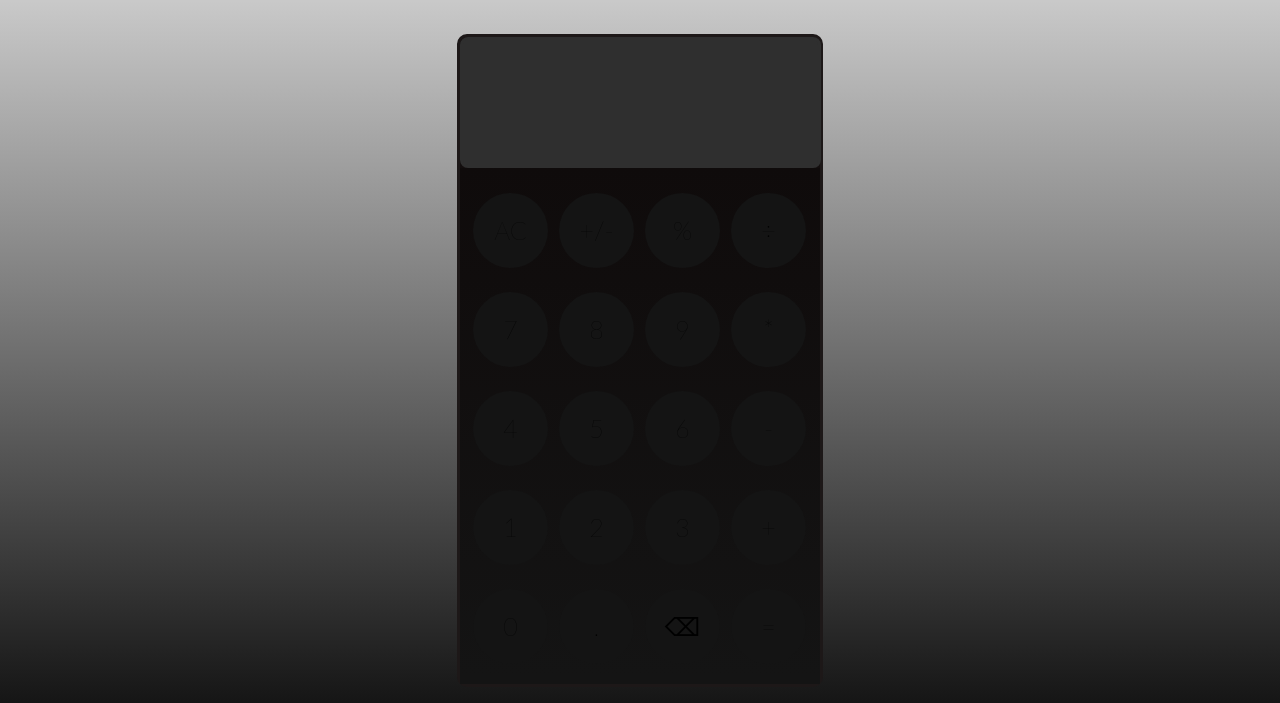
Repository: MhlengiNgubane/BrainnestJsTwo
Page: index.html
These files come from the project's save history. The page is drawn as it stood at one moment and after the next save; the edit follows.
The browser window is 1280 px wide. The pictures show the whole page.

Above is the page before, as saved 2022-09-12 09:50:03.

After the next save:
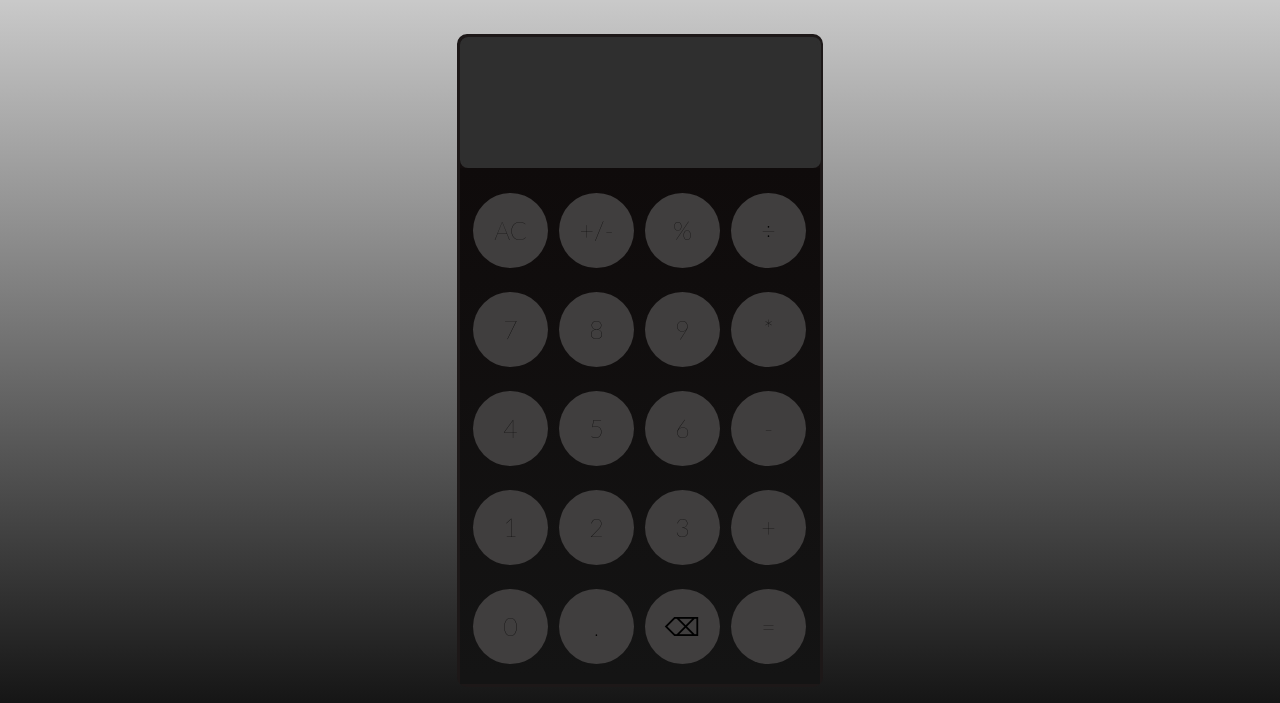
Saved 20 s later.
--- a/style.css
+++ b/style.css
@@ -63,5 +63,5 @@ button{
     margin-top: 7px;
     margin-bottom: 7px;
     font-size: 25px;
-    background-color: #141414;
+    background-color: #403e3e;
 }
